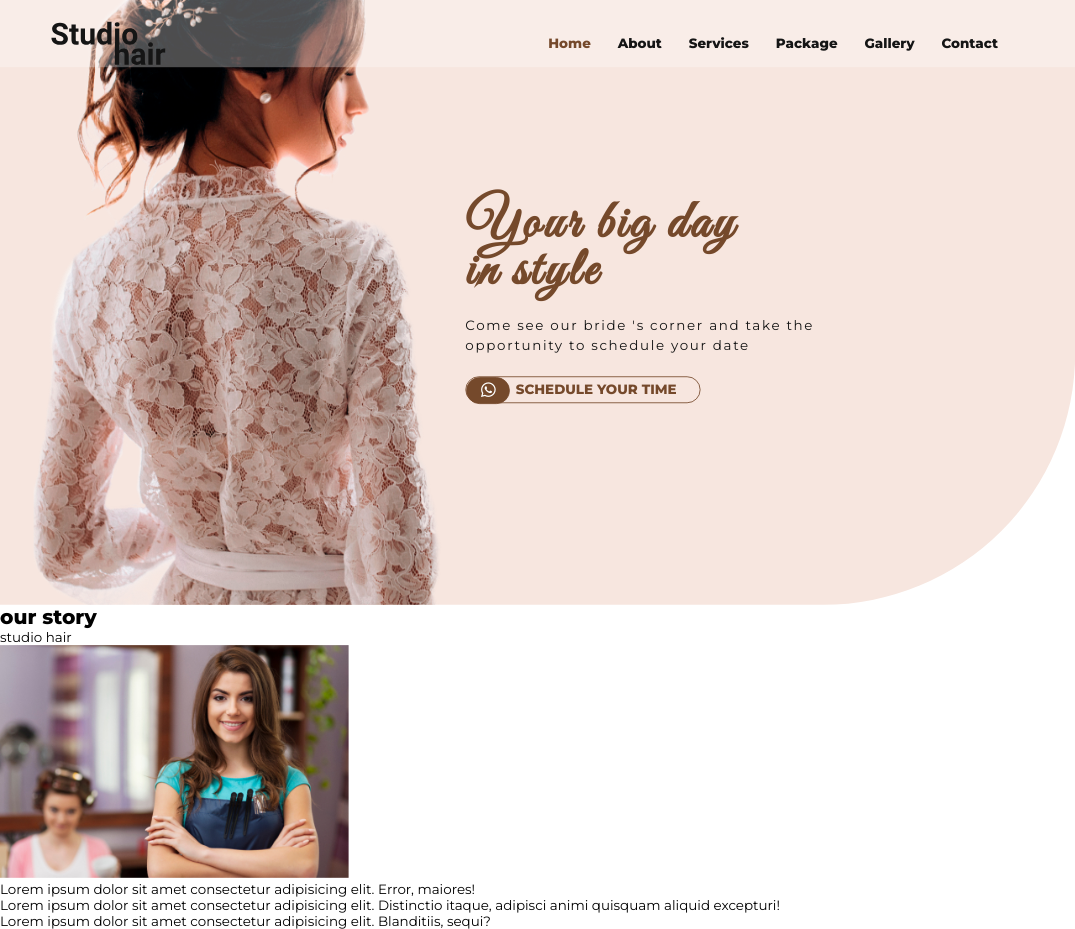
Repository: TuanHuflit2k1/clone-web01
Page: index.html
The author's editor kept a copy of each file at every save. The page is drawn from the files as they stood at one save, then again after a run of saves.
The browser window is 1280 px wide. The pictures show the whole page, at 84% of full size.
Some web libraries are served in a nearby version.

Above is the page before, as saved 2022-04-28 11:04:38.

After the next 4 saves:
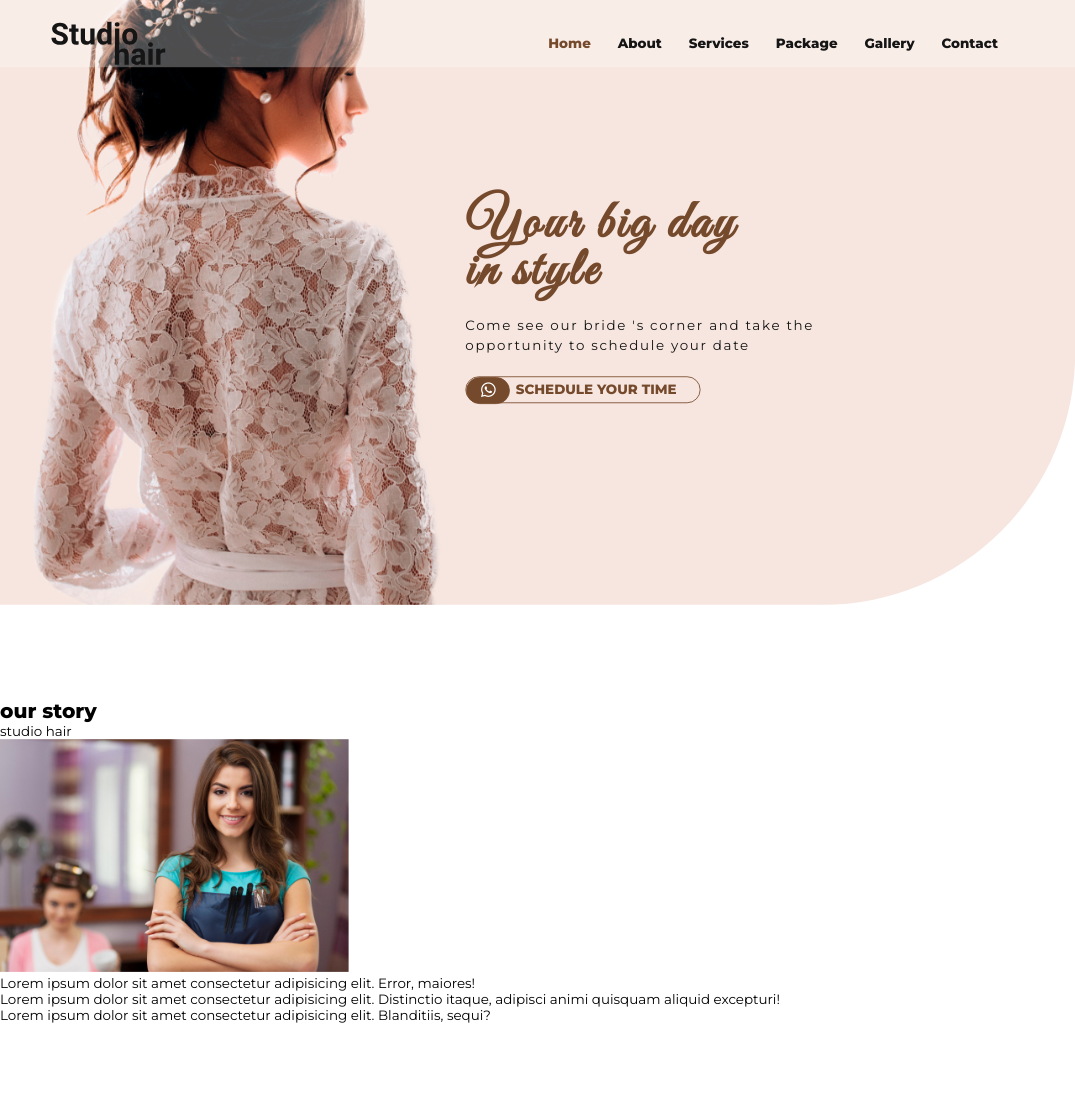
The 4 saves are shown as one change because they came seconds apart.
The last was saved 11 s later.
--- a/style.css
+++ b/style.css
@@ -205,7 +205,8 @@ body {
 /* start about section */
 .about {
     width: 100%;
-    padding: ;
+    padding: 7rem 0;
+    background-image: url();
 }
 @media (max-width: 920px) {
   .nav-menu {
